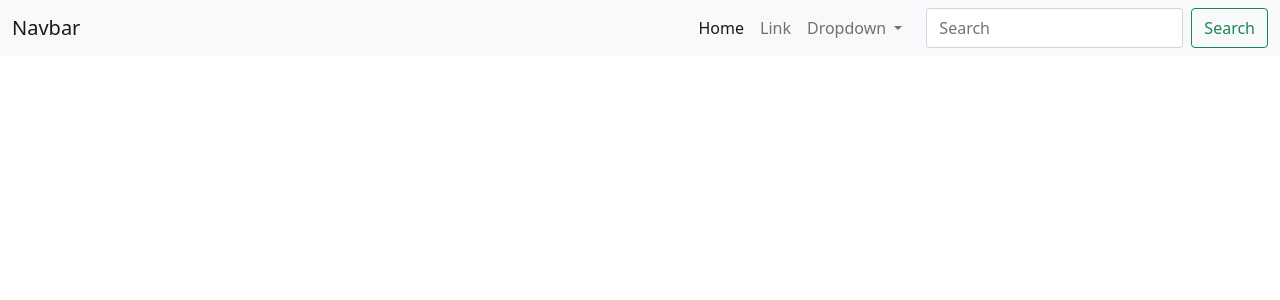
Repository: ttranhhoang/layoutBS
Page: index.html
The author's editor kept a copy of each file at every save. The page is drawn from the files as they stood at one save, then again after the next save.
The browser window is 1280 px wide. The pictures show the whole page.

Above is the page before, as saved 2022-04-23 15:41:37.

### index.html
<!DOCTYPE html>
<html lang="en">
  <head>
    <meta charset="UTF-8" />
    <meta http-equiv="X-UA-Compatible" content="IE=edge" />
    <meta name="viewport" content="width=device-width, initial-scale=1.0" />
    <title>Layout BS</title>
    <link
      href="https://cdn.jsdelivr.net/npm/bootstrap@5.1.3/dist/css/bootstrap.min.css"
      rel="stylesheet"
      integrity="sha384-1BmE4kWBq78iYhFldvKuhfTAU6auU8tT94WrHftjDbrCEXSU1oBoqyl2QvZ6jIW3"
      crossorigin="anonymous"
    />
    <link rel="stylesheet" href="index.css" />
  </head>
  <body>
    <main class>
      <nav class="navbar navbar-expand-lg navbar-light bg-light">
        <div class="container-fluid">
          <a class="navbar-brand" href="#">Navbar</a>
          <button
            class="navbar-toggler"
            type="button"
            data-bs-toggle="offcanvas"
            data-bs-target="#navbarOffcanvasLg"
            aria-controls="navbarOffcanvasLg"
            aria-expanded="false"
            aria-label="Toggle navigation"
          >
            <span class="navbar-toggler-icon"></span>
          </button>

          <div
            class="offcanvas offcanvas-end"
            tabindex="-1"
            id="navbarOffcanvasLg"
            aria-labelledby="navbarOffcanvasLgLabel"
          >
            <div class="offcanvas-header">
              <h5 class="offcanvas-title" id="offcanvasNavbarLabel">
                Offcanvas
              </h5>
              <button
                type="button"
                class="btn-close text-reset"
                data-bs-dismiss="offcanvas"
                aria-label="Close"
              ></button>
            </div>
            <div class="offcanvas-body">
              <ul class="navbar-nav justify-content-end flex-grow-1 pe-3">
                <li class="nav-item">
                  <a class="nav-link active" aria-current="page" href="#"
                    >Home</a
                  >
                </li>
                <li class="nav-item">
                  <a class="nav-link" href="#">Link</a>
                </li>
                <li class="nav-item dropdown">
                  <a
                    class="nav-link dropdown-toggle"
                    href="#"
                    id="offcanvasNavbarDropdown"
                    role="button"
                    data-bs-toggle="dropdown"
                    aria-expanded="false"
                  >
                    Dropdown
                  </a>
                  <ul
                    class="dropdown-menu"
                    aria-labelledby="offcanvasNavbarDropdown"
                  >
                    <li><a class="dropdown-item" href="#">Action</a></li>
                    <li>
                      <a class="dropdown-item" href="#">Another action</a>
                    </li>
                    <li>
                      <hr class="dropdown-divider" />
                    </li>
                    <li>
                      <a class="dropdown-item" href="#">Something else here</a>
                    </li>
                  </ul>
                </li>
              </ul>
              <form class="d-flex">
                <input
                  class="form-control me-2"
                  type="search"
                  placeholder="Search"
                  aria-label="Search"
                />
                <button class="btn btn-outline-success" type="submit">
                  Search
                </button>
              </form>
            </div>
          </div>
        </div>
      </nav>
    </main>

    <script
      src="https://cdn.jsdelivr.net/npm/bootstrap@5.1.3/dist/js/bootstrap.bundle.min.js"
      integrity="sha384-ka7Sk0Gln4gmtz2MlQnikT1wXgYsOg+OMhuP+IlRH9sENBO0LRn5q+8nbTov4+1p"
      crossorigin="anonymous"
    ></script>
  </body>
</html>

### index.css
*,
*::after,
*::before {
  box-sizing: border-box;
}
button.navbar-toggler:focus{
  box-shadow: none;
}

nav.navbar {
  background-color: red;
}
.offcanvas-warning {
  background-color: yellow;
}

After the next save:
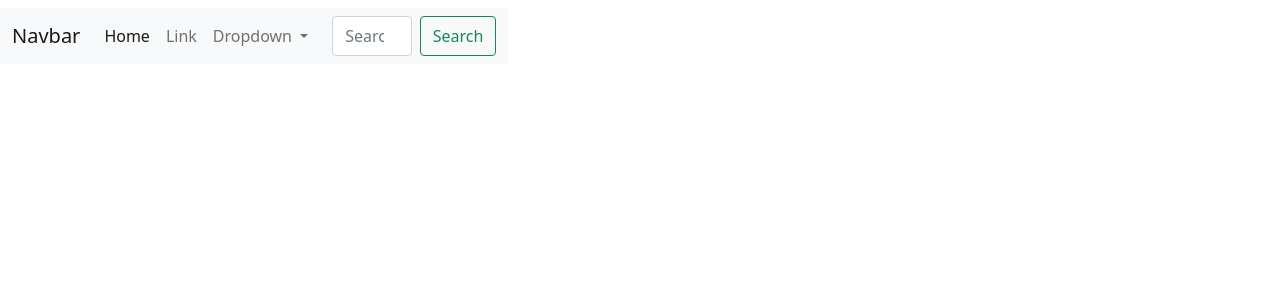
Saved 2 s later.
--- a/index.html
+++ b/index.html
@@ -14,7 +14,7 @@
     <link rel="stylesheet" href="index.css" />
   </head>
   <body>
-    <main class>
+    <main class="navbar navbar-">
       <nav class="navbar navbar-expand-lg navbar-light bg-light">
         <div class="container-fluid">
           <a class="navbar-brand" href="#">Navbar</a>

After the 2 saves that followed:
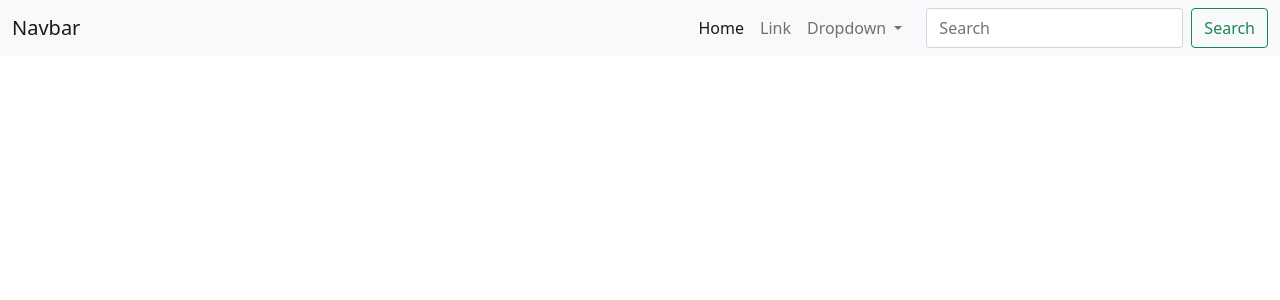
The 2 saves are shown as one change because 1 left the picture as it was.
The last was saved 2 s later.
--- a/index.html
+++ b/index.html
@@ -14,7 +14,7 @@
     <link rel="stylesheet" href="index.css" />
   </head>
   <body>
-    <main class="navbar navbar-">
+    <main class="">
       <nav class="navbar navbar-expand-lg navbar-light bg-light">
         <div class="container-fluid">
           <a class="navbar-brand" href="#">Navbar</a>
